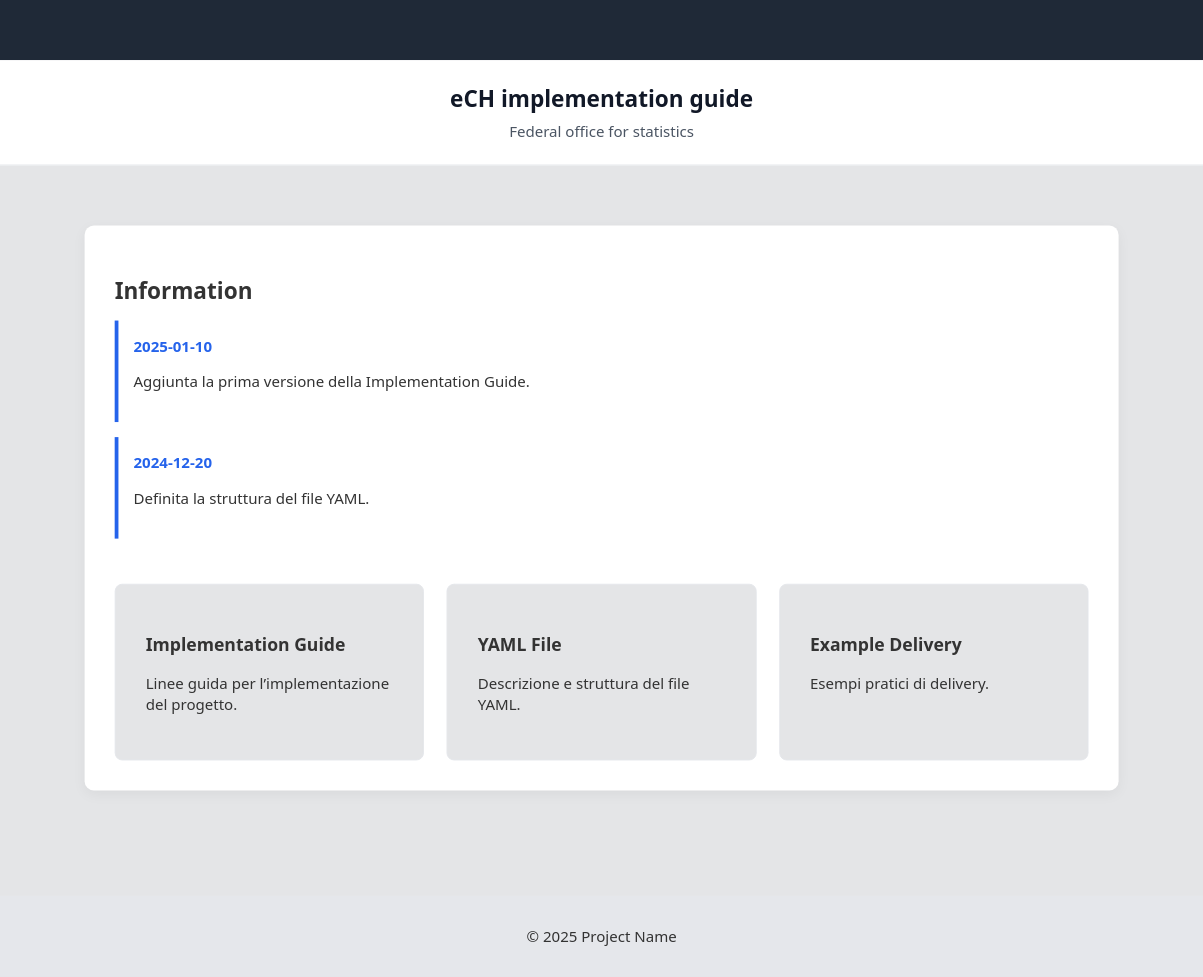
Repository: bfspoku/ech-0252-docs
Page: index.html
These files come from the project's save history. The page is drawn as it stood at one moment and after the next save; the edit follows.
The browser window is 1280 px wide. The pictures show the whole page, at 94% of full size.

Above is the page before, as saved 2025-12-16 15:36:44.

### index.html
<link rel="preconnect" href="https://fonts.googleapis.com">
<link rel="preconnect" href="https://fonts.gstatic.com" crossorigin>
<link href="https://fonts.googleapis.com/css2?family=Noto+Sans:ital,wght@0,400;0,600;0,700;1,400&display=swap" rel="stylesheet">


<!DOCTYPE html>
<html lang="it">
<head>
  <meta charset="UTF-8">
  <title>eCH implementation guide</title>
  <link rel="stylesheet" href="css/style.css">
</head>
<body>

<header>

</header>

<section class="sub-banner">
      <h2>eCH implementation guide</h2>
      <p>Federal office for statistics</p>
</section>


<main>

<section class = "wrapper">
  <!-- INFORMATION -->
  <section class="information">
    <h2>Information</h2>

    <ul class="updates">
      <li>
        <span class="date">2025-01-10</span>
        <p>Aggiunta la prima versione della Implementation Guide.</p>
      </li>
      <li>
        <span class="date">2024-12-20</span>
        <p>Definita la struttura del file YAML.</p>
      </li>
    </ul>
  </section>

  <!-- CARDS -->
  <section class="cards">
    <a class="card" href="implementation-guide.html">
      <h3>Implementation Guide</h3>
      <p>Linee guida per l’implementazione del progetto.</p>
    </a>

    <a class="card" href="yaml-file.html">
      <h3>YAML File</h3>
      <p>Descrizione e struttura del file YAML.</p>
    </a>

    <a class="card" href="example-delivery.html">
      <h3>Example Delivery</h3>
      <p>Esempi pratici di delivery.</p>
    </a>
  </section>

</section>

</main>

<footer>
  <p>© 2025 Project Name</p>
</footer>

</body>
</html>

### css/style.css
body {
    font-family: 'Noto Sans', system-ui, -apple-system, BlinkMacSystemFont,
    'Segoe UI', Roboto, Ubuntu, Cantarell, 'Helvetica Neue',
    Arial, sans-serif;
    margin: 0;
    background: #e4e5e7;
    color: #333;
  }

  header {
    background: #1f2937;
    color: white;
    padding: 2rem;
  }

  /* SUB-BANNER */
  .sub-banner {
    background-color: white;   /* bianco puro */
    padding: 1.5rem 0;         /* verticale */
    border-bottom: 1px solid #e5e7eb; /* linea di separazione */
    text-align: center;
  }

  .sub-banner h2 {
    margin: 0 0 0.5rem 0;
    font-weight: 600;
    color: #111827;
  }

  .sub-banner p {
    margin: 0;
    color: #4b5563;
    font-size: 16px;
  }


  main {
    padding: 2rem;
    max-width: 1100px;
    margin: auto;
  }

  h1, h2 {
    margin-bottom: 1rem;
  }

  /* Main wrapper for all the pages */
  .wrapper {
    max-width: 1100px;      /* larghezza massima */
    margin: 2rem auto;      /* centrato orizzontalmente, margine verticale */
    padding: 2rem;          /* spazio interno */
    background-color: #ffffff;  /* bianco-beige chiaro */
    border-radius: 10px;    /* angoli arrotondati */
    box-shadow: 0 4px 15px rgba(0,0,0,0.05); /* leggero effetto profondità */
  }

  /* INFORMATION */
  .information {
    margin-bottom: 3rem;
  }

  .updates {
    list-style: none;
    padding: 0;
  }

  .updates li {
    background: white;
    padding: 1rem;
    border-left: 4px solid #2563eb;
    margin-bottom: 1rem;
  }

  .date {
    font-weight: bold;
    color: #2563eb;
  }

  /* CARDS */
  .cards {
    display: grid;
    grid-template-columns: repeat(auto-fit, minmax(250px, 1fr));
    gap: 1.5rem;
  }

  .card {
    background: #e4e5e7;
    padding: 2rem;
    text-decoration: none;
    color: inherit;
    border: 1px solid #e5e7eb;
    border-radius: 8px;
    transition: transform 0.2s, box-shadow 0.2s;
  }

  .card:hover {
    transform: translateY(-5px);
    box-shadow: 0 10px 20px rgba(0,0,0,0.1);
  }

  footer {
    text-align: center;
    padding: 1rem;
    background: #e5e7eb;
    margin-top: 3rem;
  }

After the next save:
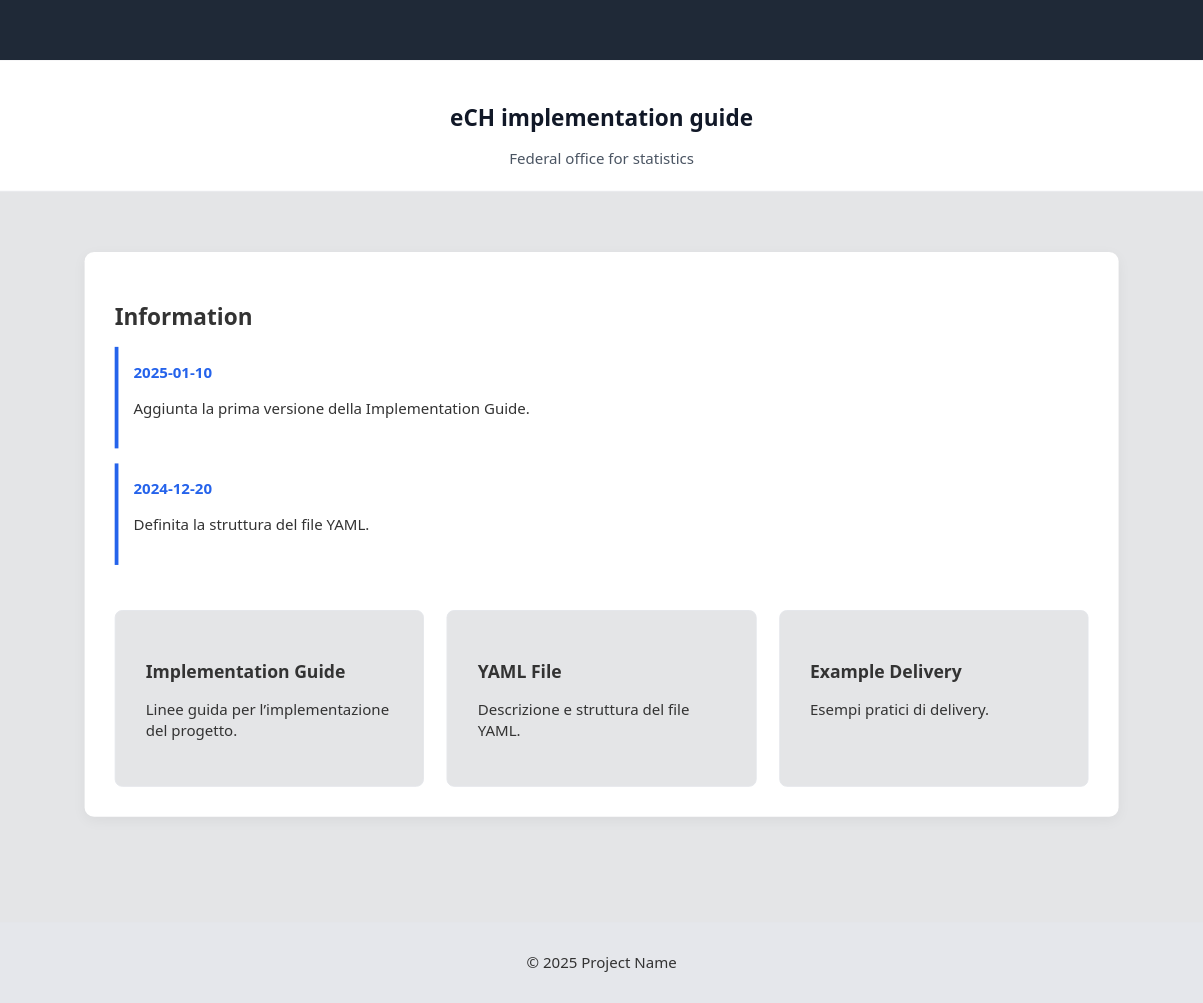
Saved 10 s later.
--- a/css/style.css
+++ b/css/style.css
@@ -22,7 +22,6 @@
   }
 
   .sub-banner h2 {
-    margin: 0 0 0.5rem 0;
     font-weight: 600;
     color: #111827;
   }
